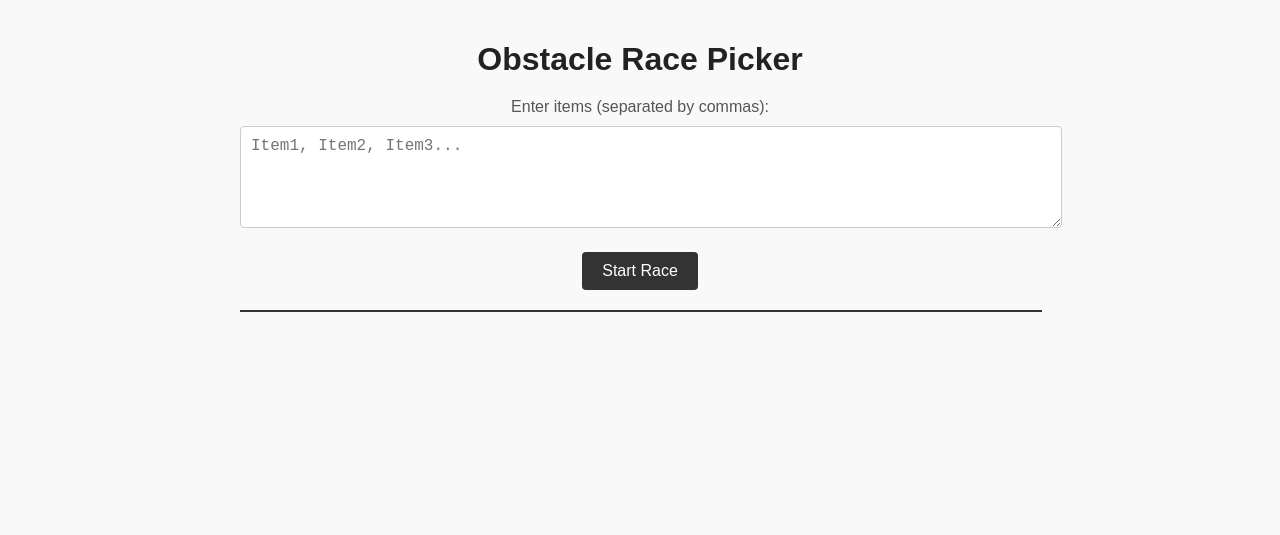
Repository: Anarchyve/race-picker
Page: index.html
These files come from the project's save history. The page is drawn as it stood at one moment and after the next save; the edit follows.
The browser window is 1280 px wide. The pictures show the whole page.

Above is the page before, as saved 2024-11-17 19:44:00.

After the next save:
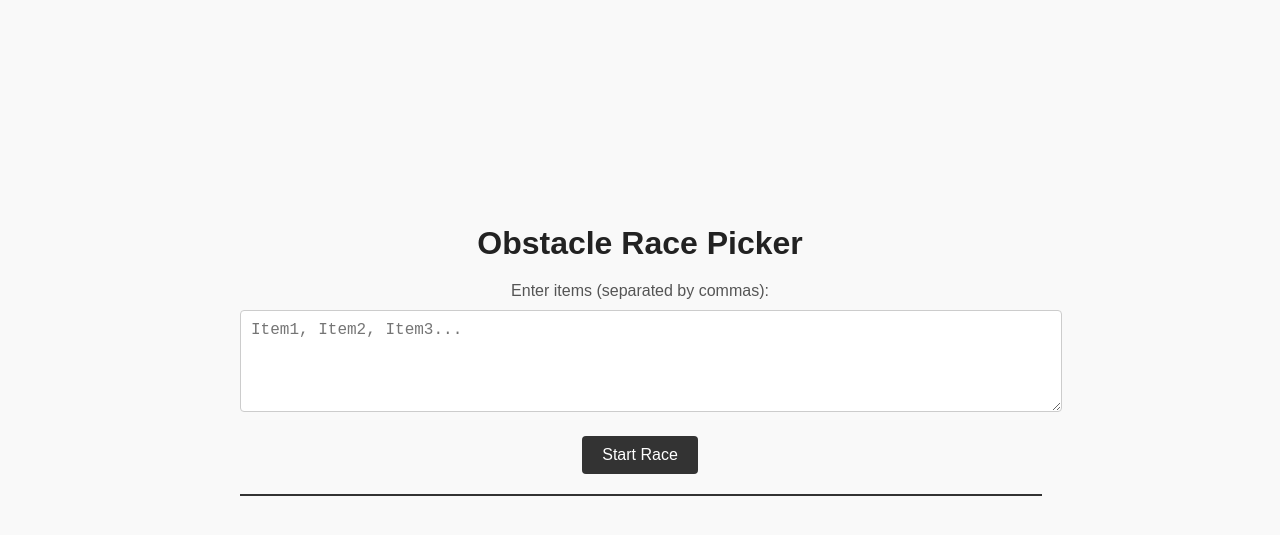
Saved 48 s later.
--- a/styles.css
+++ b/styles.css
@@ -6,16 +6,15 @@
     background-color: #f9f9f9;
     display: flex;
     justify-content: center;
-    align-items: flex-start; /* 상단 정렬 */
-    min-height: 100vh;
-    overflow: auto; /* 스크롤 활성화 */
+    align-items: center;
+    height: 100vh;
+    overflow: hidden;
 }
 
 .container {
     width: 80%;
     max-width: 800px;
     text-align: center;
-    margin-top: 20px; /* 화면 상단 여백 */
 }
 
 h1 {
@@ -59,19 +58,15 @@
 
 #race-track {
     position: relative;
-    width: 100%; /* 트랙 폭은 화면 크기에 맞춤 */
-    margin: 20px 0;
+    width: 100%;
     background-color: #eaeaea;
     border: 1px solid #333;
-    overflow: hidden; /* 초과되는 요소 숨기기 */
-    display: grid; /* Grid 레이아웃으로 변경 */
-    justify-content: center; /* 가운데 정렬 */
-    align-items: start; /* 상단 정렬 */
-    gap: 10px; /* 경주마 간 간격 */
-    grid-template-columns: repeat(auto-fit, minmax(50px, 1fr)); /* 경주마의 크기를 자동 조정 */
+    overflow: hidden;
+    margin: 20px 0;
 }
 
 .runner {
+    position: absolute;
     background-color: #333;
     color: #fff;
     display: flex;
@@ -80,7 +75,4 @@
     font-size: 1rem;
     font-weight: bold;
     text-align: center;
-    width: 50px; /* 기본 크기 */
-    height: 50px;
-    border-radius: 50%; /* 원형 */
 }

After the 2 saves that followed:
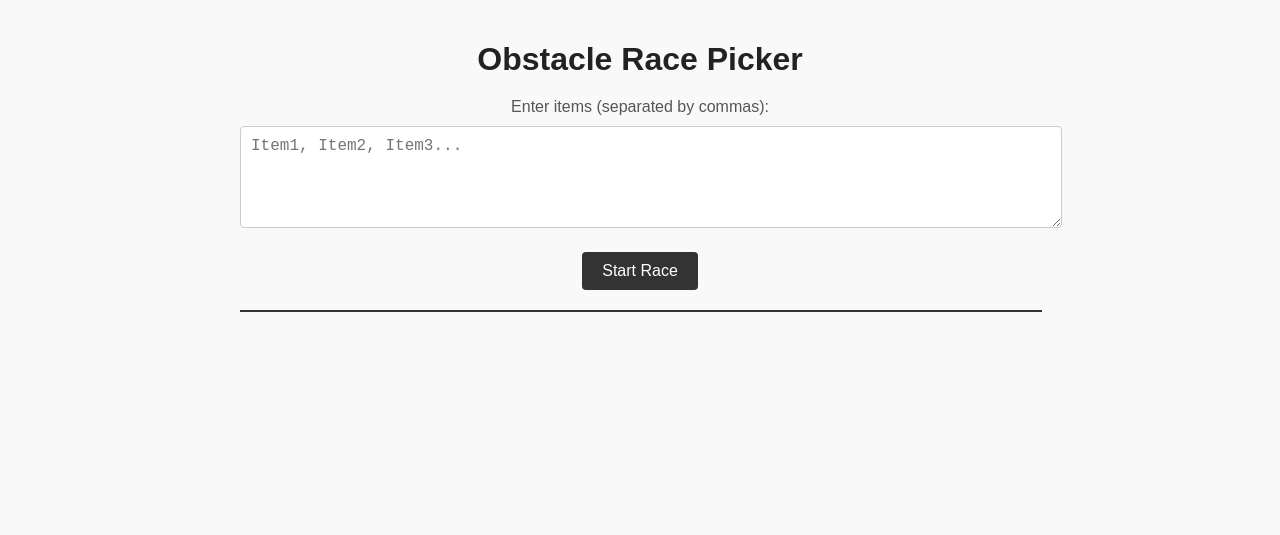
The 2 saves are shown as one change because 1 left the picture as it was.
The last was saved 37 s later.
--- a/styles.css
+++ b/styles.css
@@ -6,15 +6,16 @@
     background-color: #f9f9f9;
     display: flex;
     justify-content: center;
-    align-items: center;
-    height: 100vh;
-    overflow: hidden;
+    align-items: flex-start; /* 상단 정렬로 수정 */
+    min-height: 100vh; /* 최소 높이 설정 */
+    overflow: auto; /* 스크롤 활성화 */
 }
 
 .container {
     width: 80%;
     max-width: 800px;
     text-align: center;
+    margin-top: 20px; /* 화면 상단과의 여백 추가 */
 }
 
 h1 {
@@ -76,3 +77,9 @@
     font-weight: bold;
     text-align: center;
 }
+
+#result {
+    font-size: 1.2rem;
+    margin-top: 20px;
+    color: #444;
+}
--- a/script.js
+++ b/script.js
@@ -12,13 +12,9 @@ function startRace() {
     raceTrack.innerHTML = '';
     resultDiv.textContent = '';
 
-    // Dynamically adjust race track height
-    const rows = Math.ceil(Math.sqrt(items.length)); // Calculate rows for square grid layout
-    const cols = Math.ceil(items.length / rows); // Calculate columns
-    const runnerSize = Math.min(50, 400 / Math.max(rows, cols)); // Adjust runner size based on grid
-
-    raceTrack.style.gridTemplateColumns = `repeat(${cols}, ${runnerSize}px)`; // Set grid columns
-    raceTrack.style.height = `${rows * runnerSize + (rows - 1) * 10}px`; // Set track height dynamically
+    // Adjust race track height dynamically
+    const runnerHeight = Math.max(40, Math.min(100, raceTrack.clientWidth / items.length)); // Dynamic height
+    raceTrack.style.height = `${runnerHeight * items.length}px`;
 
     // Create runners
     const runners = items.map((item, index) => {
@@ -26,26 +22,28 @@ function startRace() {
         runner.className = 'runner';
         runner.textContent = item;
 
-        // Adjust runner size dynamically
-        runner.style.width = `${runnerSize}px`;
-        runner.style.height = `${runnerSize}px`;
-        runner.style.lineHeight = `${runnerSize}px`;
+        // Dynamically adjust runner size and position
+        runner.style.width = `${runnerHeight}px`;
+        runner.style.height = `${runnerHeight}px`;
+        runner.style.lineHeight = `${runnerHeight}px`;
+        runner.style.left = '0px';
+        runner.style.bottom = `${index * runnerHeight}px`;
 
         raceTrack.appendChild(runner);
         return { element: runner, position: 0, name: item };
     });
 
     // Adjust speed and interval
-    const speedFactor = 5; // 속도
-    const intervalTime = 50; // 애니메이션 주기
+    const speedFactor = 5;
+    const intervalTime = 50;
 
     // Start the race
     let raceInterval = setInterval(() => {
         runners.forEach(runner => {
-            runner.position += Math.random() * speedFactor; // 무작위로 이동
-            runner.element.style.marginTop = `${runner.position}px`; // 위로 이동
+            runner.position += Math.random() * speedFactor;
+            runner.element.style.left = `${runner.position}px`;
 
-            if (runner.position >= raceTrack.clientHeight - runnerSize) {
+            if (runner.position >= raceTrack.clientWidth - runnerHeight) {
                 clearInterval(raceInterval);
                 resultDiv.innerHTML = `<h2>🎉 Winner: ${runner.name} 🎉</h2>`;
             }
